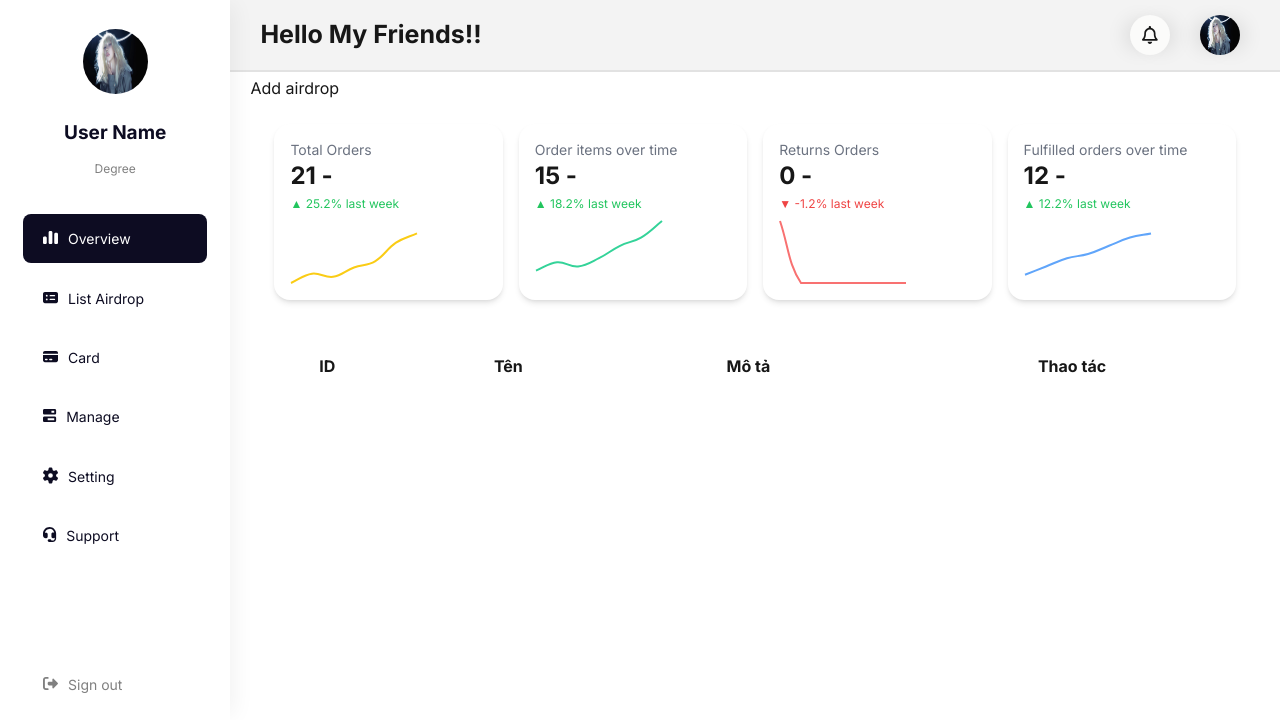
Repository: conGaStuer/airdropmamager
Page: /airdrops
The author's editor kept a copy of each file at every save. The page is drawn from the files as they stood at one save, then again after a run of saves.
The browser window is 1280 px wide. The pictures show the whole page.
The page's requests for data from a server got no answer. The project was rebuilt for these pictures with package versions that can differ from the ones it lists, and the page was loaded fresh each time. The framework's server and built-in components were replaced by stand-ins that run in the browser. No one was signed in, and anything a server would have sent is missing. Also part of the build but not shown: next.config.ts.

Above is the page before, as saved 2025-05-26 19:48:06.

After the next 3 saves:
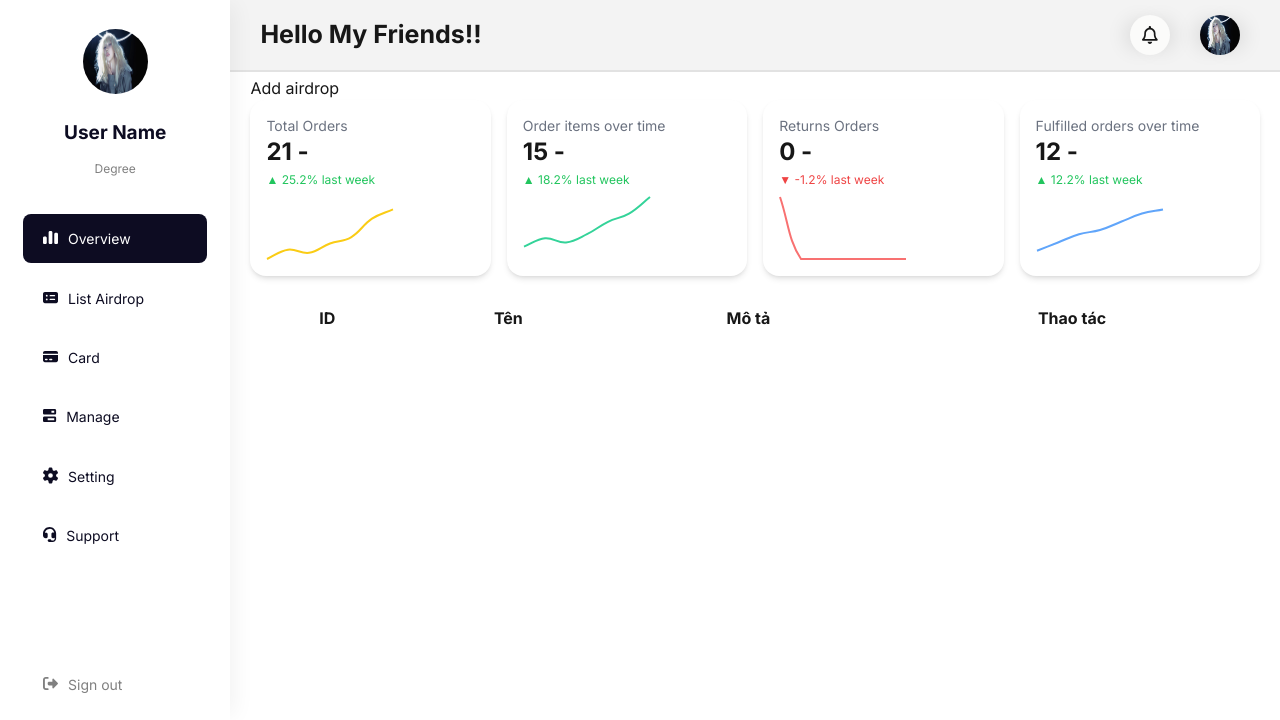
The 3 saves are shown as one change because they came seconds apart.
The last was saved 25 s later.
--- a/src/app/airdrops/page.js
+++ b/src/app/airdrops/page.js
@@ -32,7 +32,7 @@ export default function AirdropPages() {
   return (
     <div style={{ padding: 20 }}>
       <button onClick={() => router.push("./airdrops/new")}>Add airdrop</button>
-      <div className="p-6 grid grid-cols-1 md:grid-cols-2 lg:grid-cols-4 gap-4">
+      <div className=" grid grid-cols-1 md:grid-cols-2 lg:grid-cols-4 gap-4">
         <StatCard
           title="Total Orders"
           value={21}
